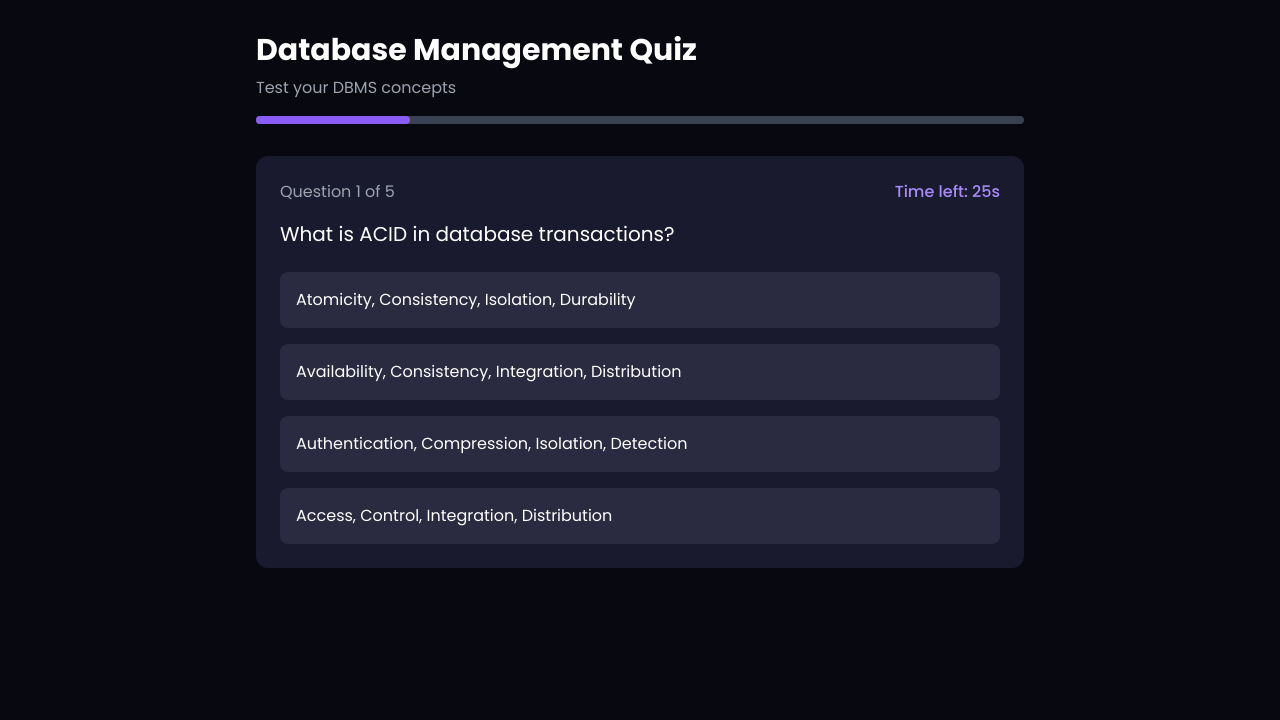
Repository: bdhanush-pxl/QuizVerse-InterviewPrep-MERN-stack-
Page: /quiz/dbms (app in Quiz/)
These files come from the project's save history. The page is drawn as it stood at one moment and after the next save; the edit follows.
The browser window is 1280 px wide. The pictures show the whole page.
The page's requests for data from a server got no answer. The project was rebuilt for these pictures with package versions that can differ from the ones it lists, and the page was loaded fresh each time. No one was signed in, and anything a server would have sent is missing. Also part of the build but not shown: Quiz/vite.config.js, Quiz/src/components/BlurText.jsx, Quiz/src/pages/Register.jsx, Quiz/src/pages/Login.jsx, Quiz/src/pages/Discussion/Discussion.jsx, Quiz/src/pages/QuizSection.jsx, Quiz/src/pages/AdminDashboard.jsx, Quiz/src/services/quizService.js and 11 more.

Above is the page before, as saved 2025-02-19 14:38:45.

### Quiz/index.html
<!doctype html>
<html lang="en">
  <head>
    <meta charset="UTF-8" />
    <link rel="icon" type="image/svg+xml" href="/vite.svg" />
    <meta name="viewport" content="width=device-width, initial-scale=1.0" />
    <link href="https://fonts.googleapis.com/css2?family=Poppins:wght@300;400;500;600;700&display=swap" rel="stylesheet">
    <title>QuizVerse</title>
  </head>
  <body>
    <div id="root"></div>
    <script type="module" src="/src/main.jsx"></script>
  </body>
</html>

### Quiz/src/App.jsx
import { BrowserRouter as Router, Routes, Route } from 'react-router-dom'
import { ToastContainer } from 'react-toastify'
import 'react-toastify/dist/ReactToastify.css'
import Register from './pages/Register'
import Login from './pages/Login'
import QuizSection from './pages/QuizSection'
import AdminDashboard from './pages/AdminDashboard'
import UserProfile from './pages/UserProfile'
import AdminRegister from './pages/AdminRegister'
import QuizResult from './pages/QuizResult'
import DBMSQuiz from './pages/quizzes/DBMSQuiz'
import OSQuiz from './pages/quizzes/OSQuiz'
import FrontendQuiz from './pages/quizzes/FrontendQuiz'
import BackendQuiz from './pages/quizzes/BackendQuiz'
import ReactQuiz from './pages/quizzes/ReactQuiz'
import NextJSQuiz from './pages/quizzes/NextJSQuiz'
import DataAnalyticsQuiz from './pages/quizzes/DataAnalyticsQuiz'
import DataScienceQuiz from './pages/quizzes/DataScienceQuiz'
import SystemDesignQuiz from './pages/quizzes/SystemDesignQuiz'

function App() {
  return (
    <Router>
      <Routes>
        <Route path="/" element={<Login />} />
        <Route path="/register" element={<Register />} />
        <Route path="/login" element={<Login />} />
        <Route path="/quiz" element={<QuizSection />} />
        <Route path="/admin-dashboard" element={<AdminDashboard />} />
        <Route path="/profile" element={<UserProfile />} />
        <Route path="/register-admin" element={<AdminRegister />} />
        <Route path="/quiz-result" element={<QuizResult />} />
        <Route path="/quiz/dbms" element={<DBMSQuiz />} />
        <Route path="/quiz/os" element={<OSQuiz />} />
        <Route path="/quiz/frontend" element={<FrontendQuiz />} />
        <Route path="/quiz/backend" element={<BackendQuiz />} />
        <Route path="/quiz/react" element={<ReactQuiz />} />
        <Route path="/quiz/nextjs" element={<NextJSQuiz />} />
        <Route path="/quiz/data-analytics" element={<DataAnalyticsQuiz />} />
        <Route path="/quiz/data-science" element={<DataScienceQuiz />} />
        <Route path="/quiz/system-design" element={<SystemDesignQuiz />} />
      </Routes>
      <ToastContainer />
    </Router>
  )
}

export default App

### Quiz/src/index.css
@import url('https://fonts.googleapis.com/css2?family=Poppins:wght@300;400;500;600;700&display=swap');

@tailwind base;
@tailwind components;
@tailwind utilities;


:root {
  font-family: 'Poppins', sans-serif;
  background-color: #080810;
}

/* Custom Scrollbar */
::-webkit-scrollbar {
  width: 8px;
  height: 8px;
}

::-webkit-scrollbar-track {
  background: #1a1a2e;
}

::-webkit-scrollbar-thumb {
  background: #7c3aed;
  border-radius: 4px;
}

::-webkit-scrollbar-thumb:hover {
  background: #6d28d9;
}

/* Animations */
@keyframes fadeIn {
  from {
    opacity: 0;
    transform: translateY(10px);
  }
  to {
    opacity: 1;
    transform: translateY(0);
  }
}

@keyframes slideIn {
  from {
    transform: translateX(-100%);
  }
  to {
    transform: translateX(0);
  }
}

@keyframes pulse {
  0%, 100% {
    opacity: 1;
  }
  50% {
    opacity: 0.5;
  }
}

/* Animation Classes */
.animate-fade-in {
  animation: fadeIn 0.5s ease-out;
}

.animate-slide-in {
  animation: slideIn 0.3s ease-out;
}

.animate-pulse-slow {
  animation: pulse 2s cubic-bezier(0.4, 0, 0.6, 1) infinite;
}

/* Quiz Component Styles */
.quiz-option {
  @apply transition-all duration-200 hover:shadow-lg;
}

.quiz-option.selected {
  @apply ring-2 ring-violet-500;
}

.quiz-option.correct {
  @apply bg-green-500/20 border-green-500;
}

.quiz-option.incorrect {
  @apply bg-red-500/20 border-red-500;
}

/* Progress Bar Animation */
@keyframes progress {
  from {
    width: 0;
  }
}

.progress-bar {
  animation: progress 0.6s ease-in-out;
}

/* Loading Spinner */
.loading-spinner {
  @apply w-8 h-8 border-4 border-violet-500 border-t-transparent rounded-full;
  animation: spin 1s linear infinite;
}

@keyframes spin {
  from {
    transform: rotate(0deg);
  }
  to {
    transform: rotate(360deg);
  }
}

### Quiz/src/components/QuizTemplate.jsx
import { useState, useEffect } from 'react';
import { useNavigate } from 'react-router-dom';
import { motion } from 'framer-motion';

const QuizTemplate = ({
  questions,
  title,
  subtitle,
  currentQuestion: externalCurrentQuestion,
  timeLeft: externalTimeLeft,
  showScore: externalShowScore,
  calculateScore,
  selectedAnswers: externalSelectedAnswers,
  handleAnswerClick
}) => {
  const [currentQuestion, setCurrentQuestion] = useState(0);
  const [selectedAnswers, setSelectedAnswers] = useState({});
  const [timeLeft, setTimeLeft] = useState(30);
  const [showScore, setShowScore] = useState(false);
  const [score, setScore] = useState(0);
  const navigate = useNavigate();

  // Validation for required props
  if (!questions || !Array.isArray(questions) || questions.length === 0) {
    return (
      <div className="min-h-screen bg-[#080810] p-8 text-white flex items-center justify-center">
        <p className="text-xl">Loading questions...</p>
      </div>
    );
  }

  const handleAnswerSelect = (selectedOption) => {
    if (!showScore) {
      handleAnswerClick(selectedOption);
    }
  };

  // Calculate score when quiz is complete
  const handleQuizComplete = () => {
    if (!showScore) {
      const calculatedScore = calculateScore(selectedAnswers);
      setScore(calculatedScore);
      setShowScore(true);
    }
  };

  return (
    <motion.div
      initial={{ opacity: 0 }}
      animate={{ opacity: 1 }}
      className="min-h-screen bg-[#080810] p-8 text-white font-poppins"
    >
      <div className="max-w-3xl mx-auto">
        <div className="mb-8">
          <h1 className="text-3xl font-bold mb-2">{title}</h1>
          <p className="text-gray-400">{subtitle}</p>
          <div className="h-2 bg-gray-700 rounded-full mt-4">
            <div
              className="h-full bg-violet-500 rounded-full transition-all duration-300"
              style={{
                width: `${((externalCurrentQuestion + 1) / questions.length) * 100}%`
              }}
            />
          </div>
        </div>

        {!externalShowScore ? (
          <div className="bg-[#1a1a2e] rounded-xl p-6 mb-6">
            <div className="flex justify-between items-center mb-4">
              <span className="text-gray-400">
                Question {externalCurrentQuestion + 1} of {questions.length}
              </span>
              <span className="text-violet-400 font-medium">
                Time left: {externalTimeLeft}s
              </span>
            </div>

            <h2 className="text-xl mb-6">{questions[externalCurrentQuestion].questionText}</h2>

            <div className="space-y-4">
              {questions[externalCurrentQuestion].options.map((option, index) => (
                <motion.button
                  key={index}
                  whileHover={{ scale: 1.02 }}
                  whileTap={{ scale: 0.98 }}
                  onClick={() => handleAnswerSelect(option)}
                  className={`w-full text-left p-4 rounded-lg transition-colors duration-300
                    ${externalSelectedAnswers[externalCurrentQuestion] === option
                      ? 'bg-violet-500 text-white'
                      : 'bg-[#2a2a40] hover:bg-[#3a3a50]'}`}
                >
                  {option}
                </motion.button>
              ))}
            </div>
          </div>
        ) : (
          <div className="bg-[#1a1a2e] rounded-xl p-6 text-center">
            <h2 className="text-2xl font-bold mb-4">Quiz Complete!</h2>
            <p className="text-xl mb-6">
              Your score: {calculateScore(externalSelectedAnswers)}%
            </p>
            <motion.button
              whileHover={{ scale: 1.05 }}
              whileTap={{ scale: 0.95 }}
              onClick={() => navigate('/quiz')}
              className="px-6 py-3 bg-violet-500 rounded-lg hover:bg-violet-600
                       transition-colors duration-300"
            >
              Return to Quizzes
            </motion.button>
          </div>
        )}
      </div>
    </motion.div>
  );
};

export default QuizTemplate;

Loaded but not shown: Quiz/src/main.jsx (common file); Quiz/tailwind.config.js (15 lines, source omitted); Quiz/src/pages/quizzes/DBMSQuiz.jsx (308 lines, source omitted)

After the next save:
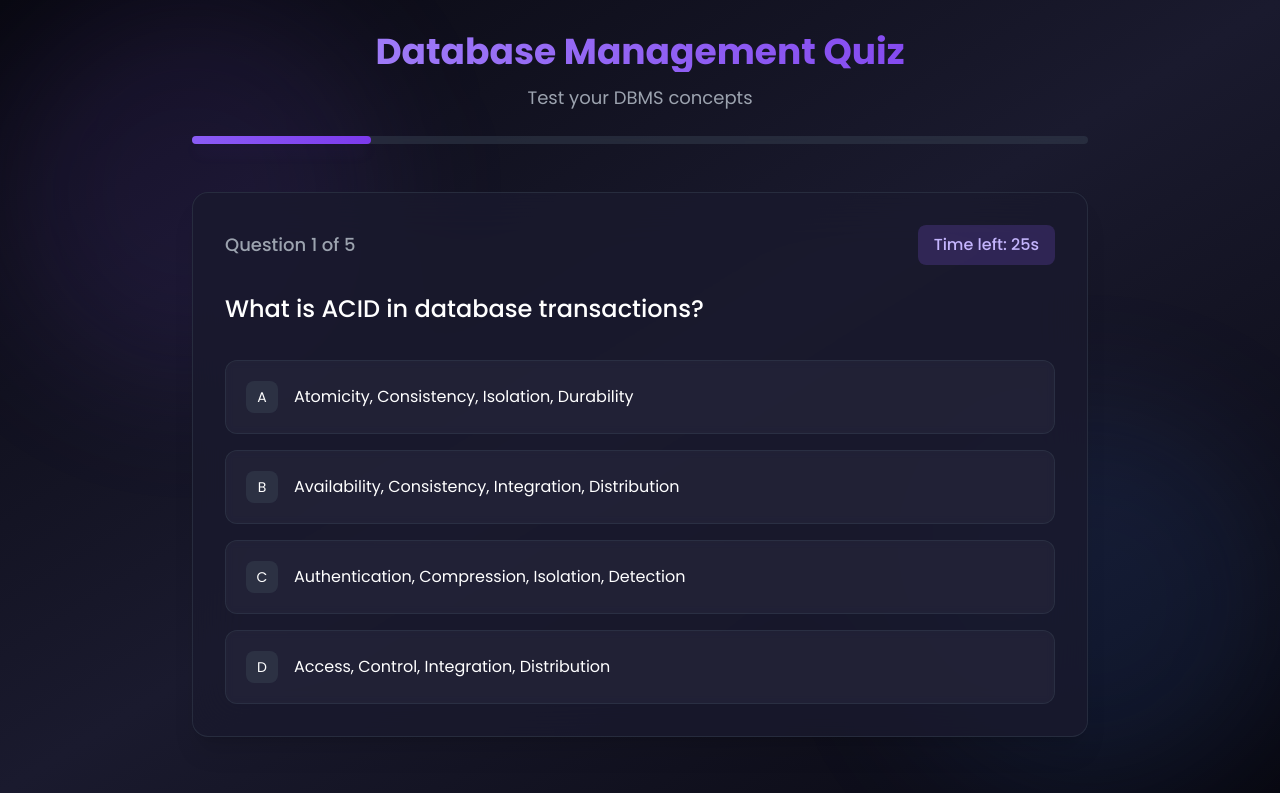
Saved 6 min 39 s later.
--- a/Quiz/src/components/QuizTemplate.jsx
+++ b/Quiz/src/components/QuizTemplate.jsx
@@ -48,68 +48,109 @@ const QuizTemplate = ({
     <motion.div
       initial={{ opacity: 0 }}
       animate={{ opacity: 1 }}
-      className="min-h-screen bg-[#080810] p-8 text-white font-poppins"
+      className="min-h-screen bg-gradient-to-br from-[#080810] via-[#1a1a2e] to-[#080810]
+                 p-8 text-white font-poppins relative overflow-hidden"
     >
-      <div className="max-w-3xl mx-auto">
-        <div className="mb-8">
-          <h1 className="text-3xl font-bold mb-2">{title}</h1>
-          <p className="text-gray-400">{subtitle}</p>
-          <div className="h-2 bg-gray-700 rounded-full mt-4">
-            <div
-              className="h-full bg-violet-500 rounded-full transition-all duration-300"
-              style={{
+      {/* Background decoration */}
+      <div className="absolute inset-0 z-0">
+        <div className="absolute top-0 left-0 w-96 h-96 bg-violet-500/10 rounded-full filter blur-3xl"></div>
+        <div className="absolute bottom-0 right-0 w-96 h-96 bg-blue-500/10 rounded-full filter blur-3xl"></div>
+      </div>
+
+      <div className="max-w-4xl mx-auto relative z-10">
+        <div className="mb-12 text-center">
+          <motion.h1
+            initial={{ y: -20 }}
+            animate={{ y: 0 }}
+            className="text-4xl font-bold mb-3 bg-clip-text text-transparent
+                       bg-gradient-to-r from-violet-400 to-violet-600"
+          >
+            {title}
+          </motion.h1>
+          <p className="text-gray-400 text-lg">{subtitle}</p>
+          <div className="h-2 bg-gray-700/50 rounded-full mt-6 backdrop-blur-sm">
+            <motion.div
+              initial={{ width: 0 }}
+              animate={{
                 width: `${((externalCurrentQuestion + 1) / questions.length) * 100}%`
               }}
+              transition={{ duration: 0.5 }}
+              className="h-full bg-gradient-to-r from-violet-500 to-violet-600 rounded-full
+                         shadow-lg shadow-violet-500/20"
             />
           </div>
         </div>
 
         {!externalShowScore ? (
-          <div className="bg-[#1a1a2e] rounded-xl p-6 mb-6">
-            <div className="flex justify-between items-center mb-4">
-              <span className="text-gray-400">
+          <motion.div
+            initial={{ y: 20, opacity: 0 }}
+            animate={{ y: 0, opacity: 1 }}
+            className="bg-[#1a1a2e]/80 backdrop-blur-xl rounded-2xl p-8 mb-6
+                       shadow-xl border border-gray-700/50"
+          >
+            <div className="flex justify-between items-center mb-6">
+              <span className="text-gray-400 text-lg font-medium">
                 Question {externalCurrentQuestion + 1} of {questions.length}
               </span>
-              <span className="text-violet-400 font-medium">
+              <span className="px-4 py-2 bg-violet-500/20 rounded-lg text-violet-300 font-medium">
                 Time left: {externalTimeLeft}s
               </span>
             </div>
 
-            <h2 className="text-xl mb-6">{questions[externalCurrentQuestion].questionText}</h2>
+            <h2 className="text-2xl font-medium mb-8 leading-relaxed">
+              {questions[externalCurrentQuestion].questionText}
+            </h2>
 
             <div className="space-y-4">
               {questions[externalCurrentQuestion].options.map((option, index) => (
                 <motion.button
                   key={index}
-                  whileHover={{ scale: 1.02 }}
-                  whileTap={{ scale: 0.98 }}
+                  whileHover={{ scale: 1.01, translateX: 4 }}
+                  whileTap={{ scale: 0.99 }}
                   onClick={() => handleAnswerSelect(option)}
-                  className={`w-full text-left p-4 rounded-lg transition-colors duration-300
+                  className={`w-full text-left p-5 rounded-xl transition-all duration-300
                     ${externalSelectedAnswers[externalCurrentQuestion] === option
-                      ? 'bg-violet-500 text-white'
-                      : 'bg-[#2a2a40] hover:bg-[#3a3a50]'}`}
+                      ? 'bg-gradient-to-r from-violet-500 to-violet-600 text-white shadow-lg shadow-violet-500/25'
+                      : 'bg-[#2a2a40]/50 hover:bg-[#2a2a40] border border-gray-700/50'}
+                    backdrop-blur-sm group`}
                 >
-                  {option}
+                  <div className="flex items-center">
+                    <span className="w-8 h-8 flex items-center justify-center rounded-lg
+                                   bg-gray-700/50 mr-4 text-sm group-hover:bg-violet-500/20">
+                      {String.fromCharCode(65 + index)}
+                    </span>
+                    {option}
+                  </div>
                 </motion.button>
               ))}
             </div>
-          </div>
+          </motion.div>
         ) : (
-          <div className="bg-[#1a1a2e] rounded-xl p-6 text-center">
-            <h2 className="text-2xl font-bold mb-4">Quiz Complete!</h2>
-            <p className="text-xl mb-6">
-              Your score: {calculateScore(externalSelectedAnswers)}%
-            </p>
+          <motion.div
+            initial={{ scale: 0.9, opacity: 0 }}
+            animate={{ scale: 1, opacity: 1 }}
+            className="bg-[#1a1a2e]/80 backdrop-blur-xl rounded-2xl p-12 text-center
+                       shadow-xl border border-gray-700/50"
+          >
+            <h2 className="text-3xl font-bold mb-6 bg-clip-text text-transparent
+                          bg-gradient-to-r from-violet-400 to-violet-600">
+              Quiz Complete!
+            </h2>
+            <div className="text-7xl font-bold mb-8 text-violet-400">
+              {calculateScore(externalSelectedAnswers)}%
+            </div>
             <motion.button
               whileHover={{ scale: 1.05 }}
               whileTap={{ scale: 0.95 }}
               onClick={() => navigate('/quiz')}
-              className="px-6 py-3 bg-violet-500 rounded-lg hover:bg-violet-600
-                       transition-colors duration-300"
+              className="px-8 py-4 bg-gradient-to-r from-violet-500 to-violet-600
+                         rounded-xl hover:from-violet-600 hover:to-violet-700
+                         transition-all duration-300 shadow-lg shadow-violet-500/25
+                         text-lg font-medium"
             >
               Return to Quizzes
             </motion.button>
-          </div>
+          </motion.div>
         )}
       </div>
     </motion.div>
